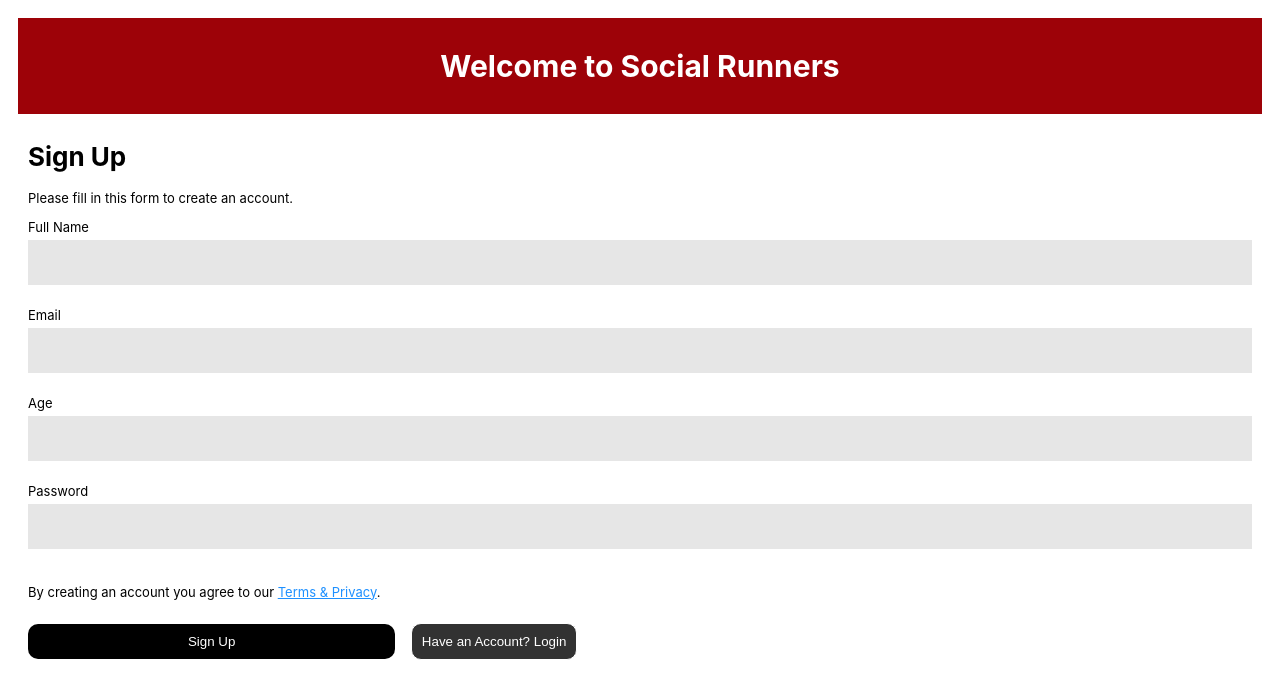
Repository: komalharjani/Social-Runners-Web-Application
Page: content/register.html
The author's editor kept a copy of each file at every save. The page is drawn from the files as they stood at one save, then again after the next save.
The browser window is 1280 px wide. The pictures show the whole page.

Above is the page before, as saved 2020-05-11 18:11:12.

After the next save:
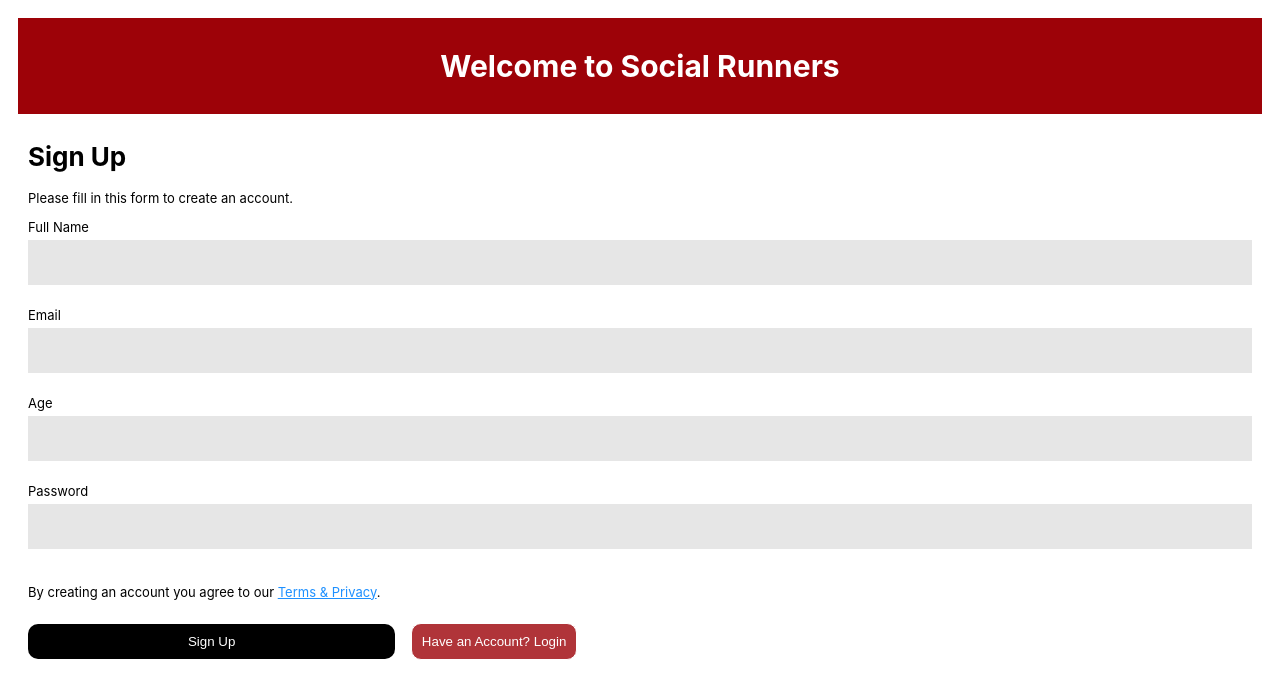
Saved 24 s later.
--- a/content/style.css
+++ b/content/style.css
@@ -337,6 +337,7 @@ hr {
 
   .logoutBtn {
     color: white;
+    background-color: #9d0208 ;
     border: 1px solid rgb(255, 255, 255);
     margin: 10px;
     opacity: 0.8;
